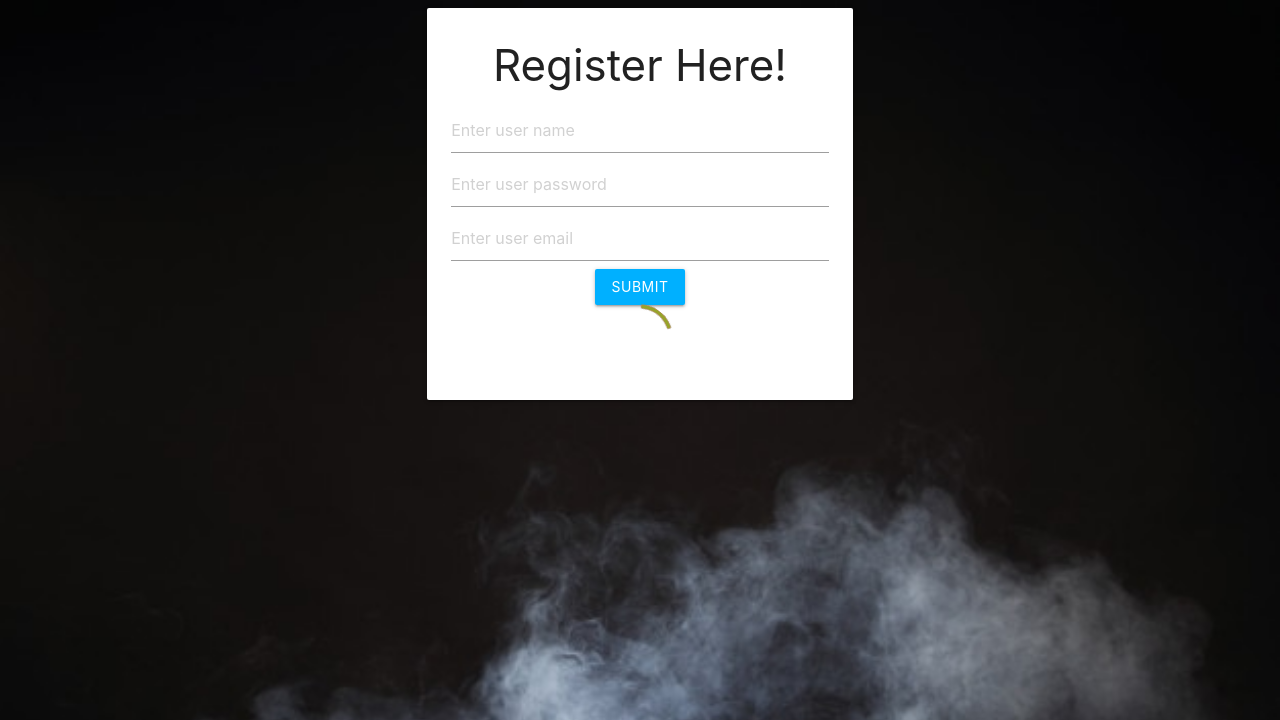
Repository: riddhiwho/Eclipse-Projects
Page: http://localhost/Register/signup.jsp
The author's editor kept a copy of each file at every save. The page is drawn from the files as they stood at one save, then again after the next save.
The browser window is 1280 px wide. The pictures show the whole page.
The page is served by Tomcat 9. Other server files are loaded and not shown.

Above is the page before, as saved 2021-06-05 06:09:52.

### Register/src/main/webapp/signup.jsp
<%@ page language="java" contentType="text/html; charset=UTF-8"
    pageEncoding="UTF-8"%>
<!DOCTYPE html>
<html>
<head>
<meta charset="UTF-8">
<title>JSP Page</title>

    <!-- Compiled and minified CSS -->
    <link rel="stylesheet" href="https://cdnjs.cloudflare.com/ajax/libs/materialize/1.0.0/css/materialize.min.css">

    <!-- Compiled and minified JavaScript -->
    <script src="https://cdnjs.cloudflare.com/ajax/libs/materialize/1.0.0/js/materialize.min.js"></script>

</head>
<body style="background: url(img/bg.jpg); background-size: cover; background-attachment: fixed;">
	<div class="container">
		<div class="row">
			<div class="col m6 offset-m3">
				<div class="card">
					<div class="card-content">
						<h3 style="margin-top: 10px;" class="center-align">Register Here!</h3>

						<div class="form center-align">

							<form action="Register" method="post">
								<input type="text" name="user_name" placeholder="Enter user name" />
								<input type="password" name="user_password" placeholder="Enter user password" />
								<input type="email" name="user_email" placeholder="Enter user email" />

								<button type="submit" class="btn light-blue accent-3">Submit</button>

							</form>

						</div>

						<div class="loader center-align">


    <div class="preloader-wrapper big active">
      <div class="spinner-layer spinner-blue">
        <div class="circle-clipper left">
          <div class="circle"></div>
        </div><div class="gap-patch">
          <div class="circle"></div>
        </div><div class="circle-clipper right">
          <div class="circle"></div>
        </div>
      </div>

      <div class="spinner-layer spinner-red">
        <div class="circle-clipper left">
          <div class="circle"></div>
        </div><div class="gap-patch">
          <div class="circle"></div>
        </div><div class="circle-clipper right">
          <div class="circle"></div>
        </div>
      </div>

      <div class="spinner-layer spinner-yellow">
        <div class="circle-clipper left">
          <div class="circle"></div>
        </div><div class="gap-patch">
          <div class="circle"></div>
        </div><div class="circle-clipper right">
          <div class="circle"></div>
        </div>
      </div>

      <div class="spinner-layer spinner-green">
        <div class="circle-clipper left">
          <div class="circle"></div>
        </div><div class="gap-patch">
          <div class="circle"></div>
        </div><div class="circle-clipper right">
          <div class="circle"></div>
        </div>
      </div>
    </div>

						</div>
					</div>
				</div>
			</div>
		</div>
	</div>
</body>
</html>

After the next save:
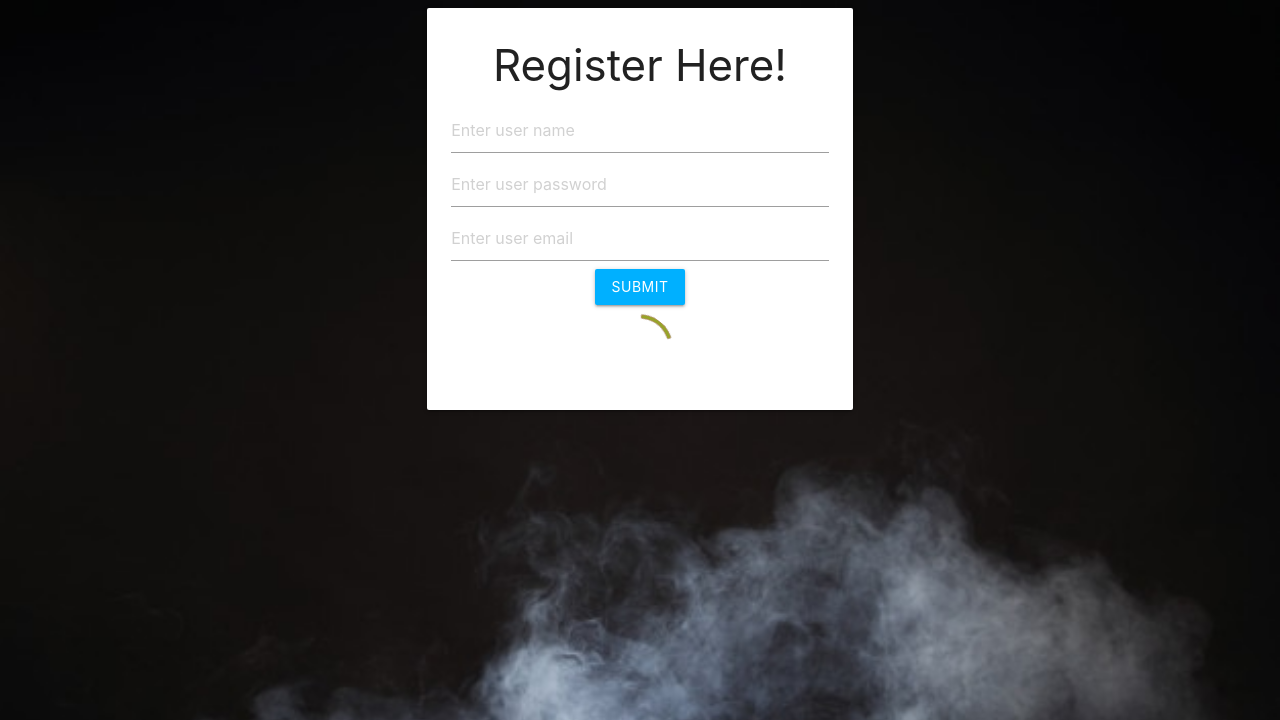
Saved 29 s later.
--- a/Register/src/main/webapp/signup.jsp
+++ b/Register/src/main/webapp/signup.jsp
@@ -34,7 +34,7 @@
 
 						</div>
 
-						<div class="loader center-align">
+						<div class="loader center-align" style="margin-top: 10px;">
 
 
     <div class="preloader-wrapper big active">
